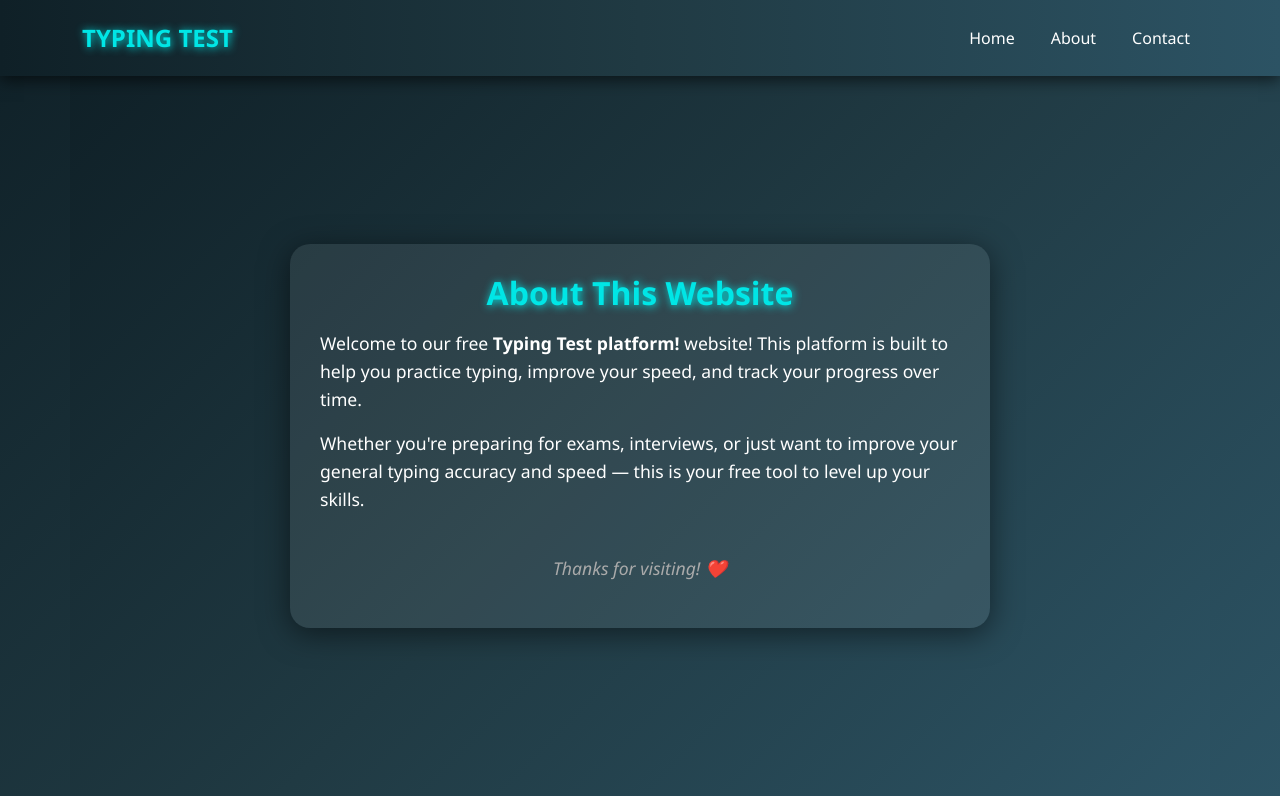
Repository: SHAHZADcodr/typing-test-react
Page: /about
An editor plug-in stored every save of this project. The page is shown before and after the next save, followed by the edit.
The browser window is 1280 px wide. The pictures show the whole page.
The project was rebuilt for these pictures with package versions that can differ from the ones it lists, and the page was loaded fresh each time. Also part of the build but not shown: src/customCss/Home.css, src/pages/Home.jsx, src/customCss/Contact.css, src/pages/Contact.jsx, src/customCss/Game.css, src/pages/Game.jsx, src/customCss/GameOver.css, src/pages/GameOver.jsx. Imported but missing from the stored project, and not drawn on this page: src/assets/background.mp3, src/assets/pop.mp3.

Above is the page before, as saved 2025-04-09 15:35:12.

After the next save:
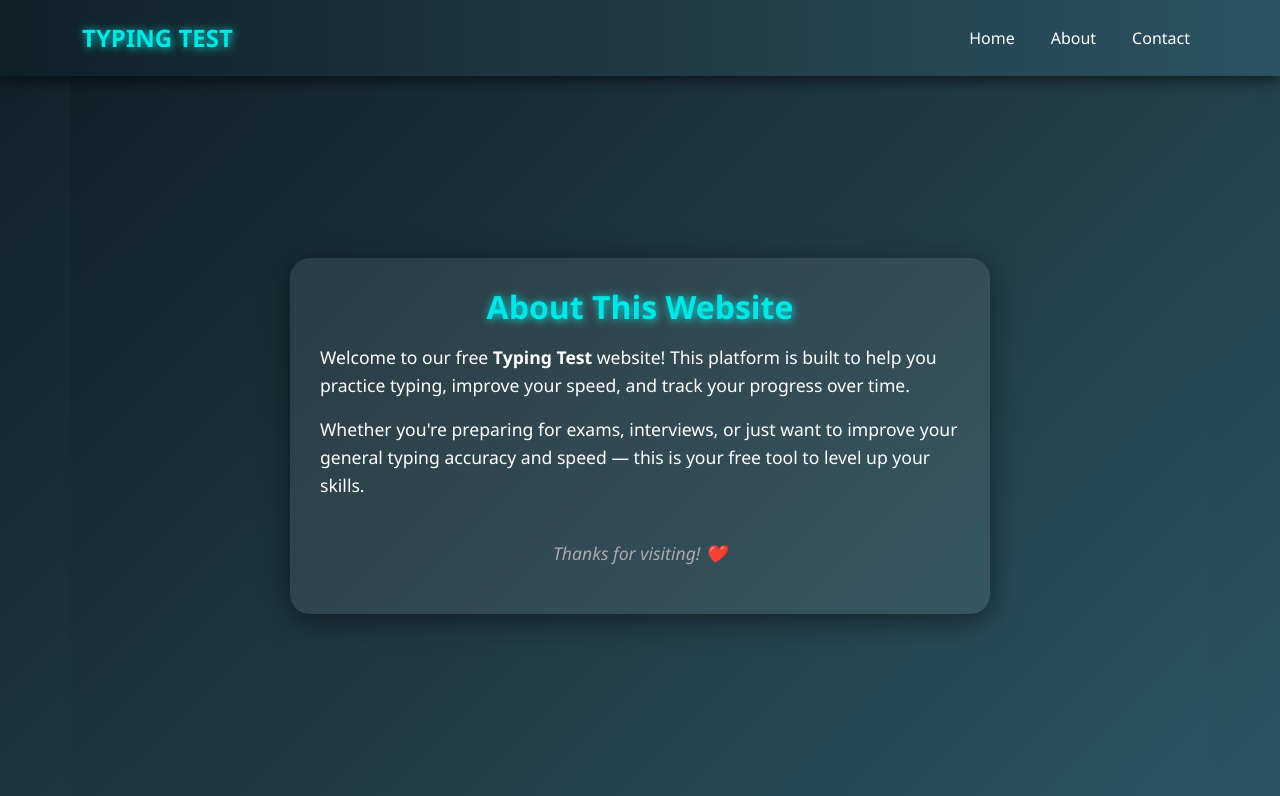
Saved 9 s later.
--- a/src/pages/About.jsx
+++ b/src/pages/About.jsx
@@ -8,7 +8,7 @@ const About = () => {
       <Card className="about-card">
         <h2 className="mb-3 text-center">About This Website </h2>
         <p>
-          Welcome to our free <strong>Typing Test platform!</strong> website! This platform is built to help you practice typing, improve your speed, and track your progress over time.
+          Welcome to our free <strong>Typing Test</strong> website! This platform is built to help you practice typing, improve your speed, and track your progress over time.
         </p>
         <p>
           Whether you're preparing for exams, interviews, or just want to improve your general typing accuracy and speed — this is your free tool to level up your skills.
